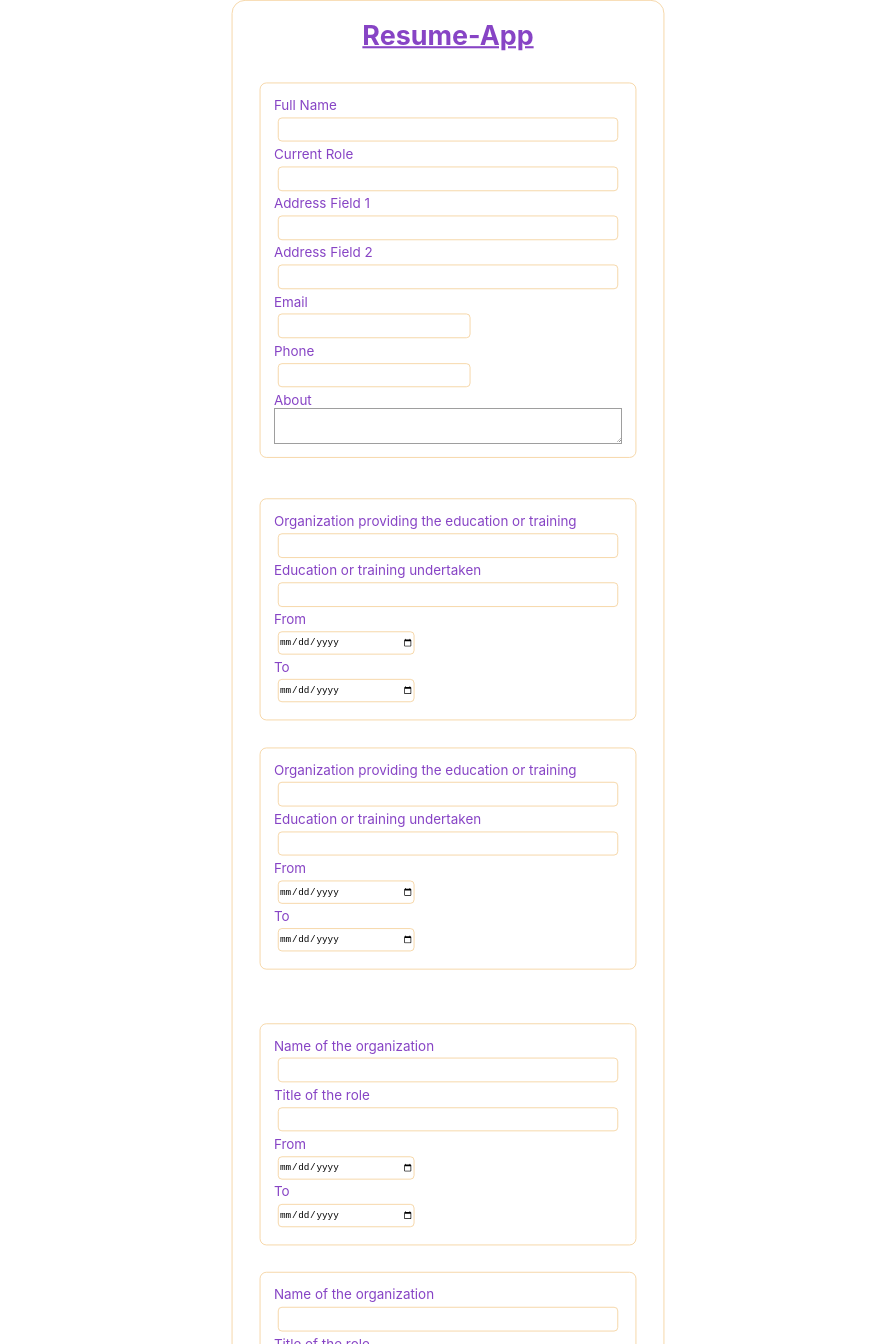
Repository: 0101chaitanya/resume-app
Page: /
An editor plug-in stored every save of this project. The page is shown before and after the next save, followed by the edit.
The browser window is 1280 px wide. The pictures show the part of the page from y = 0 to 1920 px (the page is 3427 px tall before and 3512 px after), at 70% of full size.
The project was rebuilt for these pictures with package versions that can differ from the ones it lists, and the page was loaded fresh each time.

Above is the page before, as saved 2021-07-28 18:33:40.

After the next save:
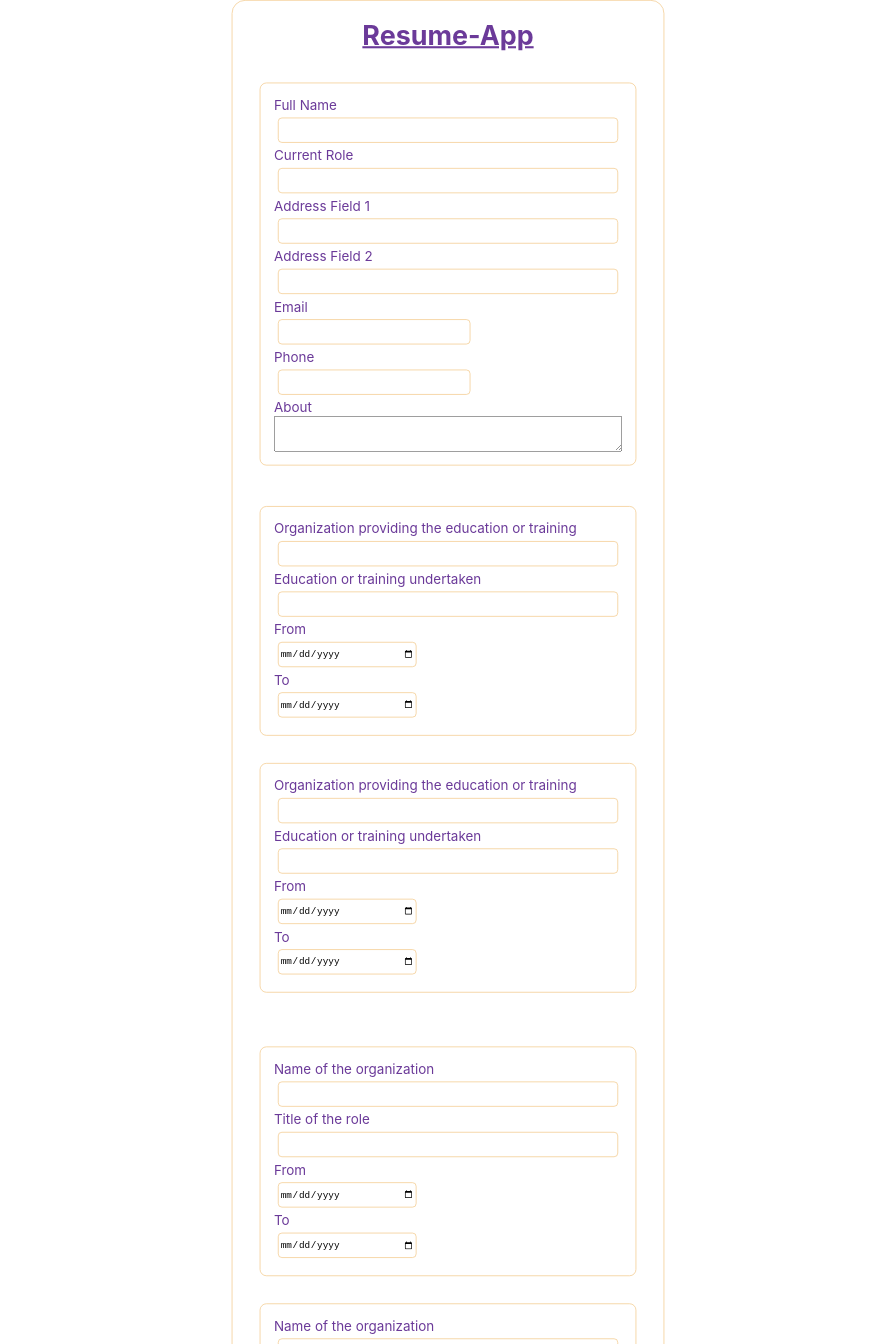
Saved 22 s later.
--- a/src/App.css
+++ b/src/App.css
@@ -1,13 +1,14 @@
 html {
   font-size: 1.2rem;
   font-weight: 400;
-  color: rgb(135, 68, 197);
+  color: rgb(107, 58, 153);
 }
 input {
   border-radius: 0.3rem;
   height: 1.6rem;
   border: 0.1rem solid rgb(243, 200, 135);
   border-radius: 0.3rem;
+  padding: 0.1rem;
 }
 .app {
   margin: auto;
